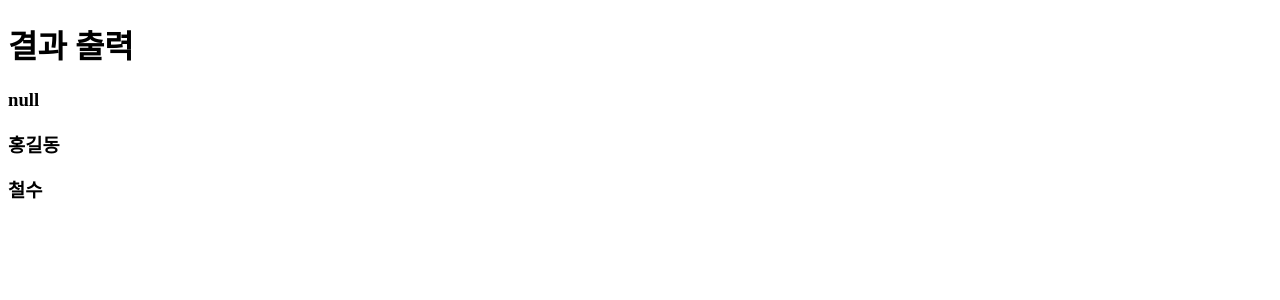
Repository: Kimth520/JSP-study
Page: http://localhost/day03/MyServlet
An editor plug-in stored every save of this project. The page is shown before and after the next save, followed by the edit.
The browser window is 1280 px wide. The pictures show the whole page.
The page is served by Tomcat 9.

Above is the page before, as saved 2025-01-14 05:09:00.

### workspace/day03/src/main/webapp/jstlTest.jsp
<%@ page language="java" contentType="text/html; charset=UTF-8"
    pageEncoding="UTF-8"%>
<%@ taglib uri="http://java.sun.com/jsp/jstl/core" prefix="c" %>
<!DOCTYPE html>
<html>
<head>
<meta charset="UTF-8">
<title>Insert title here</title>
</head>
<body>
	<h1>결과 출력</h1>
	<h3><%=request.getAttribute("name") %></h3>
	<h3>${name}</h3>
	<% pageContext.setAttribute("name", "홍길동"); %>
	<h3>${name}</h3>
	<h3>${param.name}</h3>
</body>
</html>

### workspace/day03/src/main/java/com/servlet/app/MyServlet.java
package com.servlet.app;

import java.io.IOException;
import javax.servlet.ServletException;
import javax.servlet.annotation.WebServlet;
import javax.servlet.http.HttpServlet;
import javax.servlet.http.HttpServletRequest;
import javax.servlet.http.HttpServletResponse;

/**
 * Servlet implementation class MyServlet
 */
//@WebServlet("/MyServlet")
public class MyServlet extends HttpServlet {
	private static final long serialVersionUID = 1L;

    /**
     * @see HttpServlet#HttpServlet()
     */
    public MyServlet() {
        super();
        // TODO Auto-generated constructor stub
    }

	/**
	 * @see HttpServlet#doGet(HttpServletRequest request, HttpServletResponse response)
	 */
	protected void doGet(HttpServletRequest request, HttpServletResponse response) throws ServletException, IOException {
		// TODO Auto-generated method stub
//		response.getWriter().append("Served at: ").append(request.getContextPath());

//		request.setAttribute("name", "짱구");
//		request.getRequestDispatcher("jstlTest.jsp").forward(request, response);
		request.setCharacterEncoding("UTF-8");
		request.getRequestDispatcher("jstlTest.jsp?name=철수").forward(request, response);

	}

	/**
	 * @see HttpServlet#doPost(HttpServletRequest request, HttpServletResponse response)
	 */
	protected void doPost(HttpServletRequest request, HttpServletResponse response) throws ServletException, IOException {
		// TODO Auto-generated method stub
		doGet(request, response);
	}

}

After the next save:
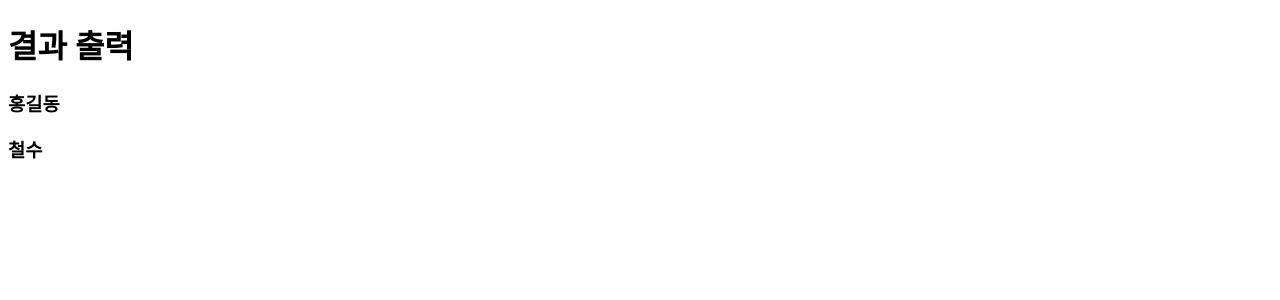
Saved 75 s later.
--- a/workspace/day03/src/main/webapp/jstlTest.jsp
+++ b/workspace/day03/src/main/webapp/jstlTest.jsp
@@ -9,7 +9,7 @@
 </head>
 <body>
 	<h1>결과 출력</h1>
-	<h3><%=request.getAttribute("name") %></h3>
+	<%-- <h3><%=request.getAttribute("name") %></h3> --%>
 	<h3>${name}</h3>
 	<% pageContext.setAttribute("name", "홍길동"); %>
 	<h3>${name}</h3>
